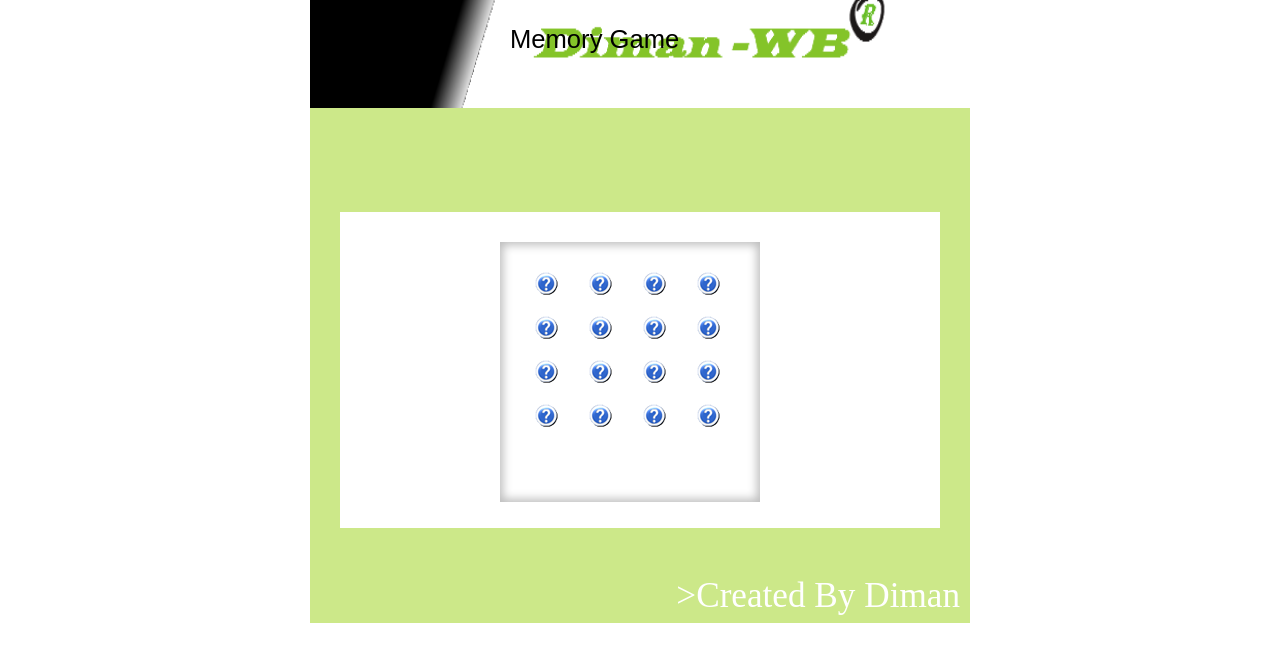
Repository: dn222em/1dv403-laborationer
Page: 3-gameon/index.html
The author's editor kept a record of every edit. The page is drawn from the files as they stood at one moment, then again after the next edit.
The browser window is 1280 px wide. The pictures show the whole page.

Above is the page before.

### 3-gameon/index.html
<!doctype html>
<html lang="sv">
<head>

        <meta charset="utf-8">
        <title>Game On</title>
        <link rel="stylesheet" href="style.css" />
        <!--<script type="text/javascript" src="memory/script/random.js"></script>-->
        <script type="text/javascript" src="memory/script/MemoryBoard.js"></script>

</head>
<body>
    <div id="container">
        <header>
			<h1>Memory Game</h1>
		</header>
    <main id="main">
        <div id="memoryBoard">
        </div>
                <br/>
        <div id="score">
        </div>
    </main>
            <footer id="footer"><p>>Created By Diman</p></footer>
    </div>
</body>

</html>

### 3-gameon/style.css



/*Reset-styleshhet
-----------------------------------------------------------------------------*/
/* http://meyerweb.com/eric/tools/css/reset/
   v2.0 | 20110126
   License: none (public domain)
*/

html, body, div, span, applet, object, iframe,
h1, h2, h3, h4, h5, h6, p, blockquote, pre,
a, abbr, acronym, address, big, cite, code,
del, dfn, em, img, ins, kbd, q, s, samp,
small, strike, strong, sub, sup, tt, var,
b, u, i, center,
dl, dt, dd, ol, ul, li,
fieldset, form, label, legend,
table, caption, tbody, tfoot, thead, tr, th, td,
article, aside, canvas, details, embed,
figure, figcaption, footer, header, hgroup,
menu, nav, output, ruby, section, summary,
time, mark, audio, video {
	margin: 0;
	padding: 0;
	border: 0;
	font-size: 100%;
	font: inherit;
	vertical-align: baseline;
}
 HTML5 display-role reset for older browsers
article, aside, details, figcaption, figure,
footer, header, hgroup, menu, nav, section {
	display: block;
}
body {
	line-height: 1;
}
ol, ul {
	list-style: none;
}
blockquote, q {
	quotes: none;
}
blockquote:before, blockquote:after,
q:before, q:after {
	content: '';
	content: none;
}
table {
	border-collapse: collapse;
	border-spacing: 0;
}
/*End of Reset - stylesheet
--------------------------------------------------------------------
/*CSS -Stylesheet
======================================================================================================*/
#container{
    width: 660px;
    height:auto;
	background-color:#cce889;/*#c2d8fc;*/
	margin:0 auto;
	padding:0;
	background-image:url("pics/20.png");
	background-repeat:no-repeat;
	background-size:660px 130px;
	margin-top:-22px;

}

h1{
	padding-top:40px;
	padding-left:200px;
	font-family:'arial';
	font-size:1.6em;
	line-height:1.7em;
}


#main {

	background-color: #FFF;
	width: 600px;
	margin:10px auto 10px auto;
	height:auto;
	margin-top:150px;
	padding-bottom:10px;
	padding-top:30px;

}




footer{
	margin-top:50px;
	clear:both;
}

footer p {
	font-family:'Pacifico', cursive;
	font-size:2.2em;
	text-align:right;
	color:#fff;
	margin:10px;
	padding-bottom:10px;
}

/*=============================memory board=========*/
#memoryBoard{
	width: 220px;
	height:220px;

	background-color:#fff;/*#e1e1e1;*/

	padding:20px 20px  20px 20px;
	margin-left:160px;
	padding-top:20px;

	box-shadow:3px 0px 8px  0px #bdbdbd inset;
	box-shadow:0px 0px 10px  3px #bdbdbd inset;
}


/*========================default pictures==============*/
.defaultPicture{
	cursor:pointer;
	float:left;
	padding-right:15px;
	padding-left:15px;
	padding-bottom:10px;
	padding-top:10px;
	width:24px;
	height:24px;

}

.defaultPicture:hover{
	-webkit-transform: scale(1.2);
    -moz-transform: scale(1.2);
    transform: scale(1.2);
}
.defaultPicture:active{
	-webkit-transform: scale(1);
    -moz-transform: scale(1);
    transform: scale(1);
}

.defaultPicture:hover{
	-webkit-transform: scale(1.2);
    -moz-transform: scale(1.2);
    transform: scale(1.2);
}
.defaultPicture:active{
	-webkit-transform: scale(1.0);
    -moz-transform: scale(1.0);
    transform: scale(1.0);
}

#score-holder{
	padding:20px 20px  20px 20px;
	padding-left:40px;
	font-family:'arial';
	font-size:1.3em;
	color:green;

}

### 3-gameon/memory/script/MemoryBoard.js
"use strict";
/* I denna fil körs vår applikation.
 * Vi använder window.onload för att starta applikationen när
 * fönstret laddat klart. *
 */
var MemoryBoard = {

    count : 0,

    init : function (){

        ++MemoryBoard.count;

        //Declare local variables
        var picture = null;
        var aTagg = null;
        var counter = 0;
        var countClicks = 0;
        var adder = 11;
        var pictures = [];
        var pictures1 =[];
        var multiPictures =[pictures, pictures1];
        var index;
        var delay = 200;
        var twoPictures = [];

        pushElements();
        randomImage();


        /*Method to create and push elements in the array and html- code */
        function pushElements(){

            for (var b=0; b<16; b++){
                aTagg = document.createElement("a");
                aTagg.id = "aTagg No"+ MemoryBoard.count;
                MemoryBoard.count++;
                aTagg.innerHTML;
                document.getElementById("memoryBoard").appendChild(aTagg);


            }
            MemoryBoard.count = 0;
            for (var i =0; i<16; i++){

                MemoryBoard.count++;

                picture = document.createElement("img");
                picture.setAttribute("src", "memory/pics/0.png");
                picture.setAttribute("onClick", "");
                picture.addEventListener("click", showImage);
                picture.id="picture No"+ MemoryBoard.count;
                picture.className="defaultPicture";
                picture.innerHTML;
                document.getElementById("aTagg No"+MemoryBoard.count).appendChild(picture);
            }
        }

        function showImage(str){

            ++countClicks;
           //Declare new variables
            var elementId = str.target.id;                          // Finds picture id
            console.log(elementId);
            var numberOfId =elementId.replace("picture No",'');     // Removes the number from id


            //Stop from changing the same picture. (look down for method giveNewId();)
            if(Number(numberOfId)>16){
                return;
            }

            var newPicture = document.getElementById(elementId);    // New variabel - new image

            for(var i=0; i<pictures.length; i++){

                if(multiPictures[1][i]==elementId){
                    newPicture.setAttribute("src", multiPictures[0][i]); // Change the picture with a random by giving a new attribute
                    index = i;
                    break;
                }
            }

            twoPictures.push(multiPictures[1][index]);              // Creates a new array with two images and two ID'es
            twoPictures.push(multiPictures[0][index]);
            newPicture.innerHTML;
            newPicture.id = giveNewId(elementId);                   // Giving new id with a bigger number (look if(Number(b)>16) some lines up)
           if(twoPictures.length === 4){
                freezePictures(str);
            }
            return countClicks;
        }

        /*Method to create an new array with all images*/
        function randomImage(){

            while(counter < 2){     //  It needs to run the //MemoryBoard.count-=MemoryBoard.count; and //randomImage(); statements twice
                ++counter;
                MemoryBoard.count -= MemoryBoard.count;

                for(var j =0; j<8;j++){ //Adding elements i arrayn
                    MemoryBoard.count++;
                    pictures.push("memory/pics/"+MemoryBoard.count+".png");
                }
            }
            MemoryBoard.count -= MemoryBoard.count;  //Adding ides in an array
            for(var k =0; k<pictures.length;k++){
                pictures1.push("picture No"+ ++MemoryBoard.count);
            }

            shuffleArray(pictures);
            /*
             * Randomize array element order in-place.
             * Using Fisher-Yates shuffle algorithm.
             */
            function shuffleArray(pictures) {
                for (var i = pictures.length - 1; i > 0; i--) {
                    var j = Math.floor(Math.random() * (i + 1));
                    var temp = pictures[i];
                    pictures[i] = pictures[j];
                    pictures[j] = temp;
                }
                return pictures;
            }
        }


        /*Method to change elemente's / picture's id */
        function giveNewId(str){

            // Declare new variables
            var oldId = str;
            var newId =oldId + adder;
            return newId;
        }

        function freezePictures(str){
            stopEventListener();
            var picture1 = null;
            var picture2 = null;

            /*
            If images are identical each other. Then remove them from arrayn and at the same time remove ID'es
            */
            if(twoPictures[1] === twoPictures[3]){
                console.log(twoPictures[1]+"  -  "+twoPictures[3]);
                multiPictures[0].splice(multiPictures[0].indexOf(twoPictures[1]),1);
                multiPictures[0].splice(multiPictures[0].indexOf(twoPictures[3]),1);
                multiPictures[1].splice(multiPictures[1].indexOf(twoPictures[0]),1);
                multiPictures[1].splice(multiPictures[1].indexOf(twoPictures[2]),1);

                console.log("Jajamen! Fortsätt så!");

                // Empty the array.
                while(twoPictures.length > 0) {
                    twoPictures.pop();}

                // Game ends right a cooment
                if (multiPictures[0].length<1 && multiPictures[1].length<1){

                    var p = document.createElement("p");
                    document.getElementById("score").appendChild(p);
                    var div = document.getElementById("score");
                    p.id = "score-holder";

                    if(countClicks > 32){
                        p.style.color="red";
                        p.innerHTML = "Skojar du! Du måste bli bättre! "+countClicks/2+" chanser är för mycket!";
                        return div.appendChild(p);
                    }
                    p.innerHTML = "Graaaaattttiiiiiiss! Du behövde bara "+countClicks/2+" chanser!";
                    div.appendChild(p);
                    return;
                }
                delay = 400;
                return setTimeout(function(){runEventListener(); },delay);
            }
            setTimeout(function(){

                    //If images are not identical each other. Then give default attribute
                    picture1= document.getElementById(twoPictures[0] + adder);//.getAttribute("src");
                    picture1.setAttribute("src", "memory/pics/0.png");
                    picture1.id = twoPictures[0];

                    picture2 = document.getElementById(twoPictures[2] + adder);
                    picture2.setAttribute("src", "memory/pics/0.png");
                    picture2.id = twoPictures[2];

                    //Empty arrayn
                    while(twoPictures.length > 0) {
                        twoPictures.pop();
                    }
                },delay);
            delay = 400;
            return setTimeout(function(){runEventListener(); },delay);
        }

        function stopEventListener(){
            for(var i=0; i<pictures.length; i++){
                var stopEvent = document.getElementsByClassName("defaultPicture")[i];
                stopEvent.removeEventListener("click", showImage);
            }
        }
        function runEventListener(){
            for(var i=0; i<pictures.length; i++){
                var addEvent = document.getElementsByClassName("defaultPicture")[i];
                addEvent.addEventListener("click", showImage);
            }
        }

    }
};

window.onload = MemoryBoard.init;

After the next edit:
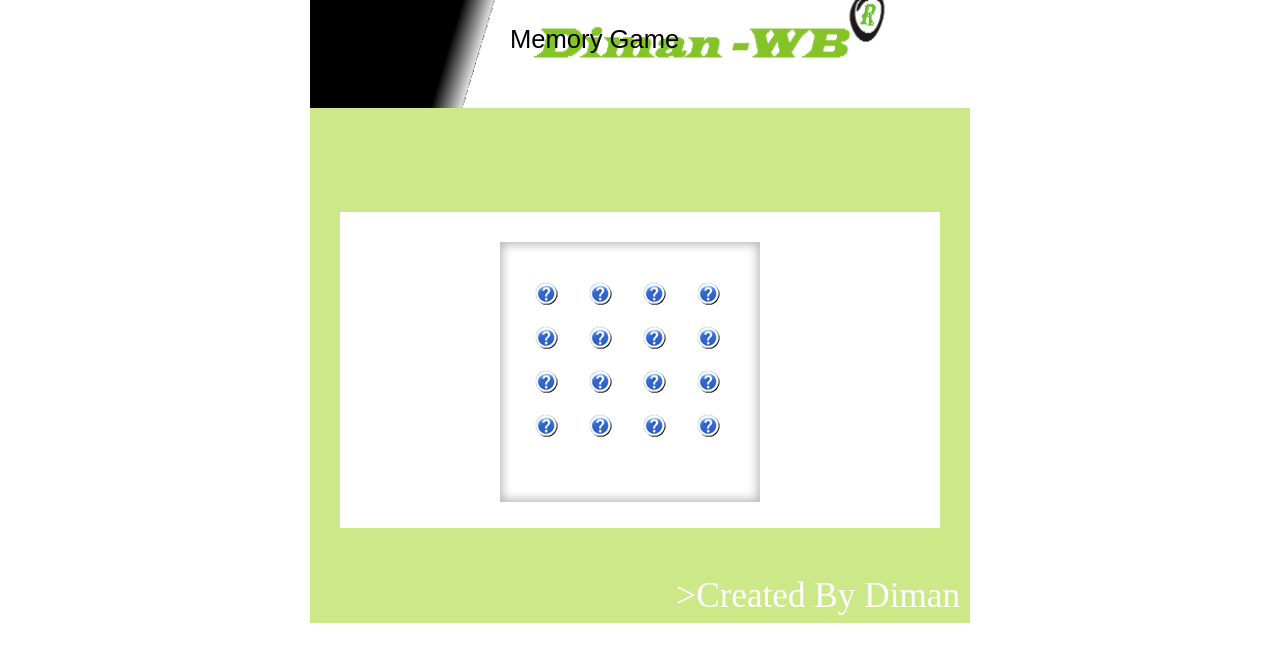
The edit:
--- a/3-gameon/style.css
+++ b/3-gameon/style.css
@@ -115,7 +115,8 @@
 
 	padding:20px 20px  20px 20px;
 	margin-left:160px;
-	padding-top:20px;
+	padding-top:30px;
+	padding-bottom:10px;
 
 	box-shadow:3px 0px 8px  0px #bdbdbd inset;
 	box-shadow:0px 0px 10px  3px #bdbdbd inset;
